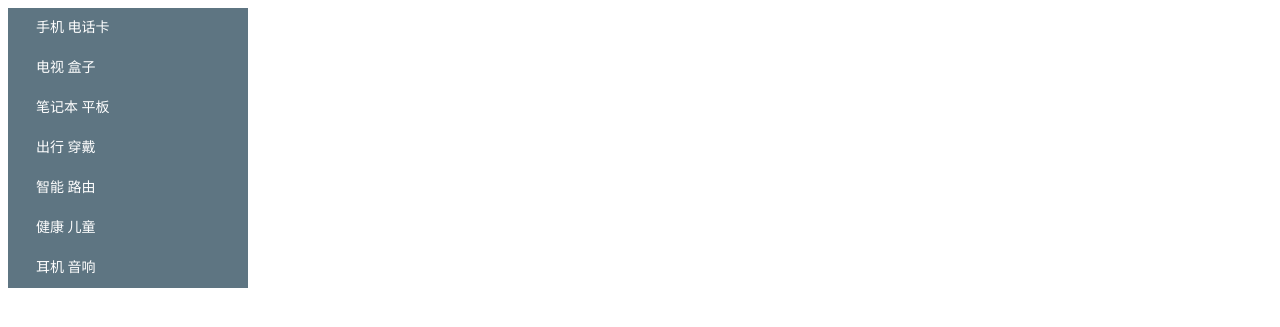
Repository: TheBestBadGuy0228/code
Page: 侧边栏案例.html
The author's editor kept a copy of each file at every save. The page is drawn from the files as they stood at one save, then again after the next save.
The browser window is 1280 px wide. The pictures show the whole page.

Above is the page before, as saved 2021-11-24 14:08:25.

After the next save:
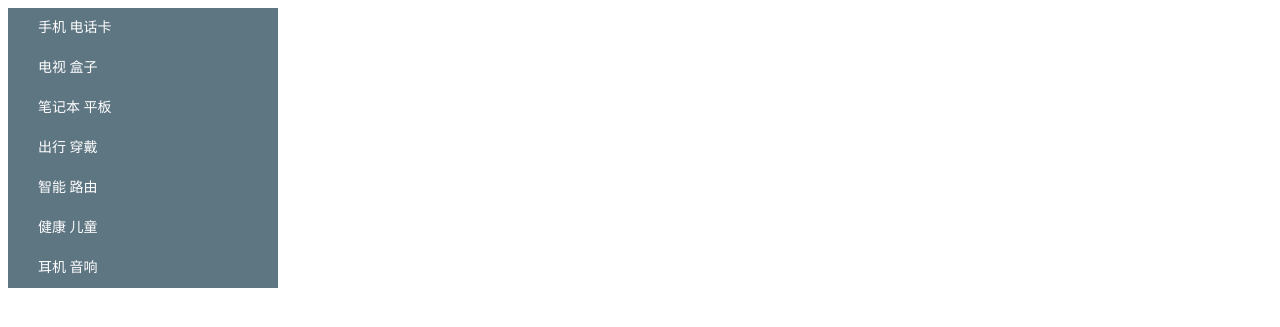
Saved 44 h 10 min later.
--- a/侧边栏案例.html
+++ b/侧边栏案例.html
@@ -19,7 +19,8 @@
             display: block;
             color: #fff;
             background: rgb(94, 117, 130);
-            text-indent: 2em;
+            /* text-indent: 2em; */
+            padding-left: 30px;
             font-size: 14px;
             /* 只要文字的行高和盒子的高度相等文字即可垂直居中 */
             line-height: 40px;
